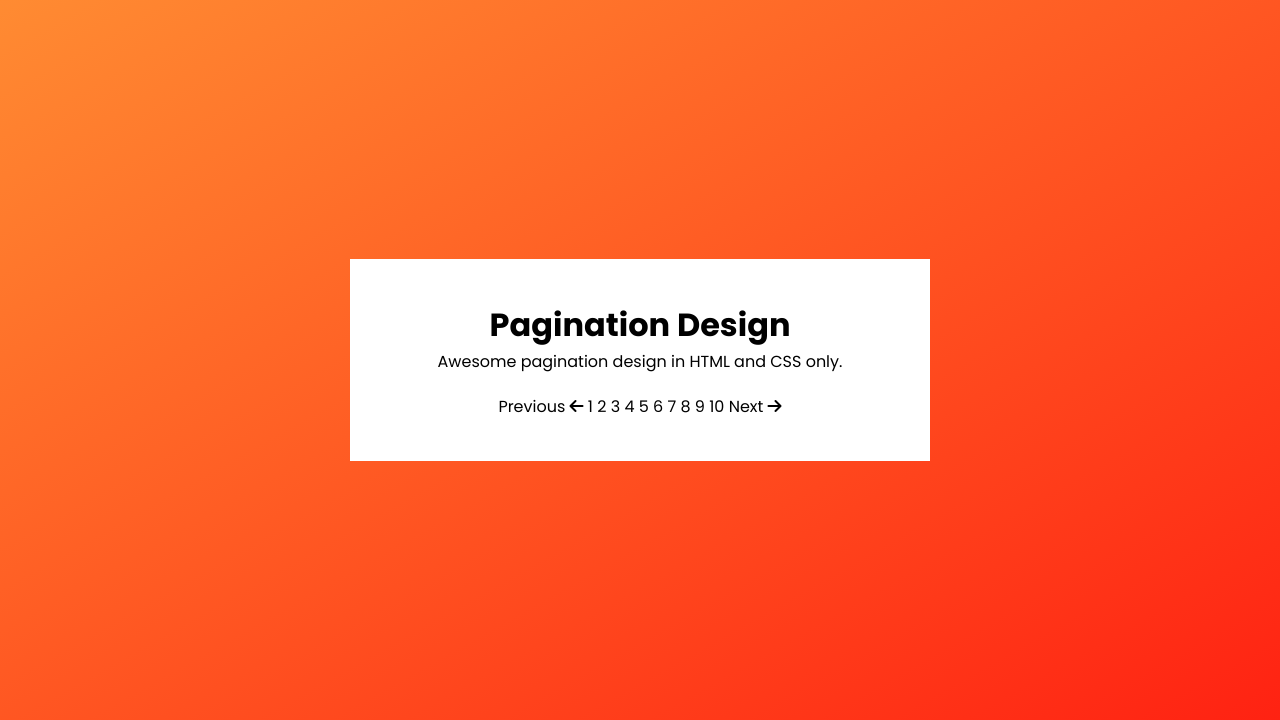
Repository: Ankitkr2021/Awesome-Pagination
Page: index.html
The author's editor kept a copy of each file at every save. The page is drawn from the files as they stood at one save, then again after the next save.
The browser window is 1280 px wide. The pictures show the whole page.

Above is the page before, as saved 2025-10-02 08:59:10.

### index.html
<!DOCTYPE html>
<html lang="en">
<head>
    <meta charset="UTF-8">
    <meta name="viewport" content="width=device-width, initial-scale=1.0">
    <title>Document</title>
    <link rel="stylesheet" href="https://cdnjs.cloudflare.com/ajax/libs/font-awesome/6.5.0/css/all.min.css">
    <link rel="stylesheet" href="./style.css">
</head>
<body>
    <div class="page">
        <h1>Pagination Design</h1>
        <p>Awesome pagination design in HTML and CSS only.</p>
        <div class="box">
            Previous <i class="fas fa-arrow-left"></i>
            1
            2
            3
            4
            5
            6
            7
            8
            9
            10
            Next <i class="fas fa-arrow-right"></i>
        </div>
    </div>
</body>
</html>

### style.css
@import url("https://fonts.googleapis.com/css2?family=Poppins:wght@300;400;500;600;700&display=swap");

*{
    margin: 0;
    padding: 0;
    box-sizing: border-box;
    font-family: "Poppins",sans-serif;
}

body{
    display: flex;
   justify-content: center;
   align-items: center;
    height: 100vh;
    width: 100%;
    background: linear-gradient(to bottom right, rgb(255, 139, 50), rgb(255, 34, 18));
}

.page{
   display: flex;
   justify-content: center;
   align-items: center;
   flex-direction: column;
   background: #fff;
   width: 580px;
   height: 202px;
}

h1 {
    padding: 0 20px;
}

p {
    margin-bottom: 20px;
}

.box {
    background: ;
}

After the next save:
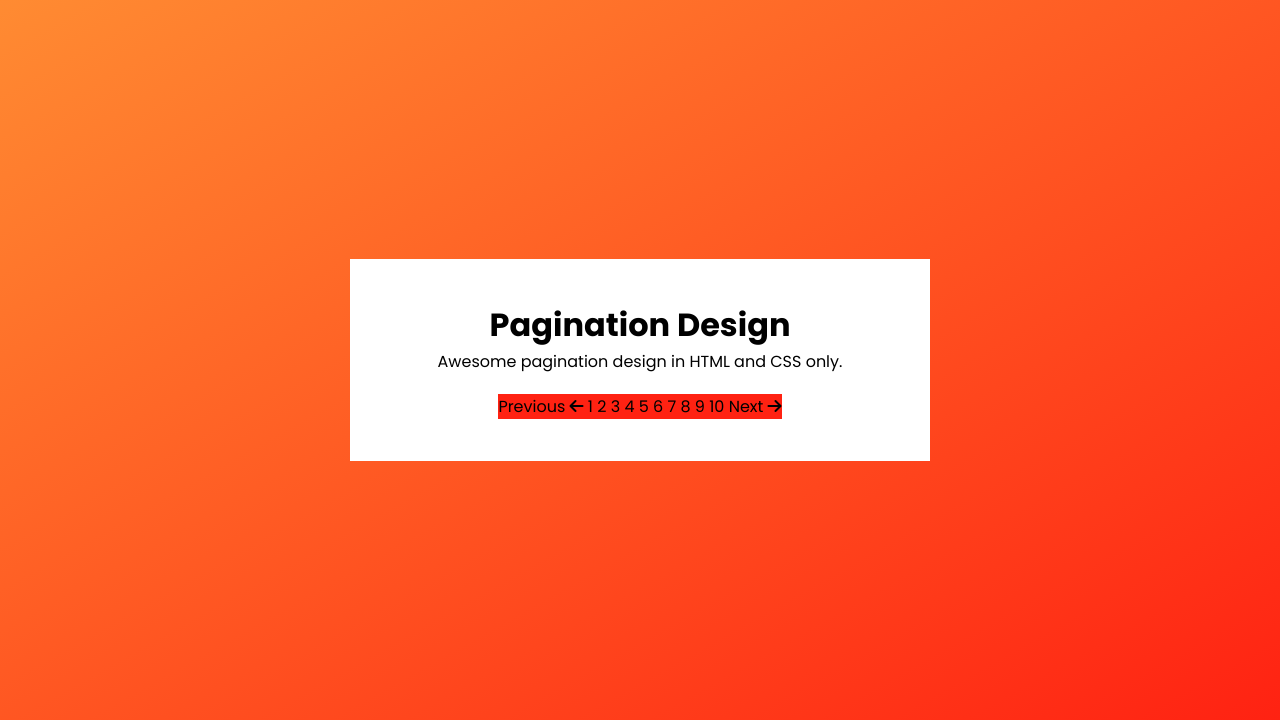
Saved 12 s later.
--- a/style.css
+++ b/style.css
@@ -35,5 +35,5 @@ p {
 }
 
 .box {
-    background: ;
+    background: rgb(255, 34, 18);
 }
